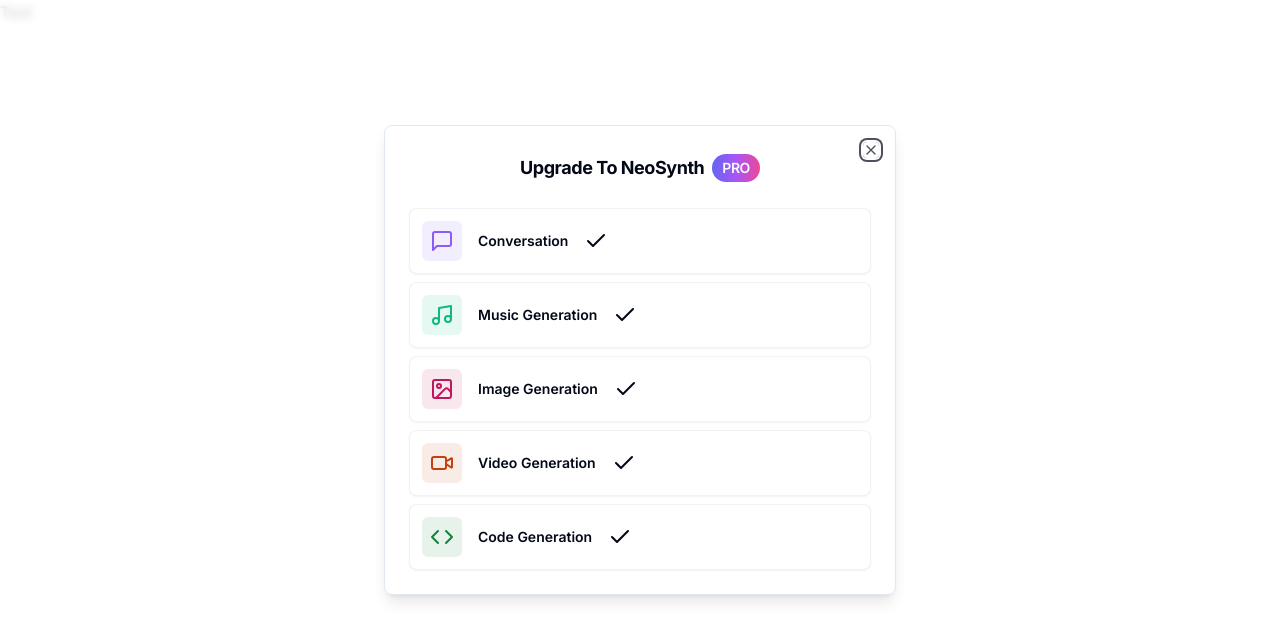
Repository: tathagat22/NeoSynth
Page: /test
An editor plug-in stored every save of this project. The page is shown before and after the next save, followed by the edit.
The browser window is 1280 px wide. The pictures show the whole page.
The project was rebuilt for these pictures with package versions that can differ from the ones it lists, and the page was loaded fresh each time. Some packages were replaced by stand-ins written for this rebuild. The framework's server and built-in components were replaced by stand-ins that run in the browser. Also part of the build but not shown: next.config.js.

Above is the page before, as saved 2023-09-03 19:30:28.

### app/layout.tsx
import "./globals.css";
import type { Metadata } from "next";
import { Inter } from "next/font/google";
import { ClerkProvider } from "@clerk/nextjs";
import { ModalProvider } from "@/components/model-provider";

const inter = Inter({ subsets: ["latin"] });

export const metadata: Metadata = {
  title: "NeoSynth",
  description: "Neo is thinking for you behind the matrix",
};

export default function RootLayout({
  children,
}: {
  children: React.ReactNode;
}) {
  return (
    <ClerkProvider>
      <html lang="en">
        <body className={inter.className}>
          <ModalProvider />
          {children}
        </body>
      </html>
    </ClerkProvider>
  );
}

### app/test/page.tsx
const TestPage = () => {
    return (
        <div>Test</div>
     );
}

export default TestPage;

### app/globals.css
@tailwind base;
@tailwind components;
@tailwind utilities;

html, body, :root {
  height: 100%;
}
@layer base {
  :root {
    --background: 0 0% 100%;
    --foreground: 222.2 84% 4.9%;

    --card: 0 0% 100%;
    --card-foreground: 222.2 84% 4.9%;

    --popover: 0 0% 100%;
    --popover-foreground: 222.2 84% 4.9%;

    --primary: 248 90% 66%;
    --primary-foreground: 210 40% 98%;

    --secondary: 210 40% 96.1%;
    --secondary-foreground: 222.2 47.4% 11.2%;

    --muted: 210 40% 96.1%;
    --muted-foreground: 215.4 16.3% 46.9%;

    --accent: 210 40% 96.1%;
    --accent-foreground: 222.2 47.4% 11.2%;

    --destructive: 0 84.2% 60.2%;
    --destructive-foreground: 210 40% 98%;

    --border: 214.3 31.8% 91.4%;
    --input: 214.3 31.8% 91.4%;
    --ring: 222.2 84% 4.9%;

    --radius: 0.5rem;
  }

  .dark {
    --background: 222.2 84% 4.9%;
    --foreground: 210 40% 98%;

    --card: 222.2 84% 4.9%;
    --card-foreground: 210 40% 98%;

    --popover: 222.2 84% 4.9%;
    --popover-foreground: 210 40% 98%;

    --primary: 210 40% 98%;
    --primary-foreground: 222.2 47.4% 11.2%;

    --secondary: 217.2 32.6% 17.5%;
    --secondary-foreground: 210 40% 98%;

    --muted: 217.2 32.6% 17.5%;
    --muted-foreground: 215 20.2% 65.1%;

    --accent: 217.2 32.6% 17.5%;
    --accent-foreground: 210 40% 98%;

    --destructive: 0 62.8% 30.6%;
    --destructive-foreground: 210 40% 98%;

    --border: 217.2 32.6% 17.5%;
    --input: 217.2 32.6% 17.5%;
    --ring: 212.7 26.8% 83.9%;
  }
}

@layer base {
  * {
    @apply border-border;
  }
  body {
    @apply bg-background text-foreground;
  }
}

### components/model-provider.tsx
"use client";

import { useEffect, useState } from "react";
import { ProModal } from "./pro-modal";

export const ModalProvider = () => {
    const [isMounted, setIsMounted] = useState(false);
    useEffect(() => {
        setIsMounted(true);
    }, []);

    if(!isMounted) {
        return null;
    }

    return (
        <>
        <ProModal />
        </>
    );
}

### components/pro-modal.tsx
"use client";

import { useProModal } from "@/hooks/use-pro-modal";
import {
  Dialog,
  DialogContent,
  DialogDescription,
  DialogHeader,
  DialogTitle,
} from "./ui/dialog";
import { Badge } from "./ui/badge";
import { Check, Code, Image, MessageSquare, Music, VideoIcon } from "lucide-react";
import { Card } from "./ui/card";
import { cn } from "@/lib/utils";

export const ProModal = () => {
  const proModal = useProModal();
  const tools = [
    {
      label: "Conversation",
      icon: MessageSquare,
      color: "text-violet-500",
      bgColor: "bg-violet-500/10",
    },
    {
      label: "Music Generation",
      icon: Music,
      color: "text-emerald-500",
      bgColor: "bg-emerald-500/10",
    },
    {
      label: "Image Generation",
      icon: Image,
      color: "text-pink-700",
      bgColor: "bg-pink-700/10",
    },
    {
      label: "Video Generation",
      icon: VideoIcon,
      color: "text-orange-700",
      bgColor: "bg-orange-700/10",
    },
    {
      label: "Code Generation",
      icon: Code,
      color: "text-green-700",
      bgColor: "bg-green-700/10",
    },
  ];
  return (
    <Dialog open={proModal.isOPen} onOpenChange={proModal.onClose}>
      <DialogContent>
        <DialogHeader>
          <DialogTitle className="flex justify center items-center flex-col gap-y-4 pb-2">
            <div className="flex items-center gap-x-2 font-bold py-1">
              Upgrade To NeoSynth
              <Badge className="uppercase text-sm py-1" variant="premium">
                pro
              </Badge>
            </div>
          </DialogTitle>
          <DialogDescription className="text-center pt-2 space-y-2 text-zinc-900 font-medium">
            {tools.map((tool) => (
              <Card
                key={tool.label}
                className="p-3 border-black/5 flex items-center justify-between"
              >
                <div className="flex items-center gap-x-4">
                  <div className={cn("p-2 w-fit rounded-md", tool.bgColor)}>
                    <tool.icon className={cn("w-6 h-6", tool.color)} />
                  </div>
                  <div className="font-semibold text-sm">{tool.label}</div>
                  <Check />
                </div>
              </Card>
            ))}
          </DialogDescription>
        </DialogHeader>
      </DialogContent>
    </Dialog>
  );
};

### hooks/use-pro-modal.tsx
import {create} from "zustand";

interface useProModalStore {
    isOPen: boolean;
    onOpen: () => void;
    onClose: () => void;
};

export const useProModal = create<useProModalStore>((set) => ({
    isOPen: true,
    onOpen: () => set({isOPen: true}),
    onClose: () => set({isOPen: false}),
}));

### components/ui/dialog.tsx
"use client"

import * as React from "react"
import * as DialogPrimitive from "@radix-ui/react-dialog"
import { X } from "lucide-react"

import { cn } from "@/lib/utils"

const Dialog = DialogPrimitive.Root

const DialogTrigger = DialogPrimitive.Trigger

const DialogPortal = ({
  className,
  ...props
}: DialogPrimitive.DialogPortalProps) => (
  <DialogPrimitive.Portal className={cn(className)} {...props} />
)
DialogPortal.displayName = DialogPrimitive.Portal.displayName

const DialogOverlay = React.forwardRef<
  React.ElementRef<typeof DialogPrimitive.Overlay>,
  React.ComponentPropsWithoutRef<typeof DialogPrimitive.Overlay>
>(({ className, ...props }, ref) => (
  <DialogPrimitive.Overlay
    ref={ref}
    className={cn(
      "fixed inset-0 z-50 bg-background/80 backdrop-blur-sm data-[state=open]:animate-in data-[state=closed]:animate-out data-[state=closed]:fade-out-0 data-[state=open]:fade-in-0",
      className
    )}
    {...props}
  />
))
DialogOverlay.displayName = DialogPrimitive.Overlay.displayName

const DialogContent = React.forwardRef<
  React.ElementRef<typeof DialogPrimitive.Content>,
  React.ComponentPropsWithoutRef<typeof DialogPrimitive.Content>
>(({ className, children, ...props }, ref) => (
  <DialogPortal>
    <DialogOverlay />
    <DialogPrimitive.Content
      ref={ref}
      className={cn(
        "fixed left-[50%] top-[50%] z-50 grid w-full max-w-lg translate-x-[-50%] translate-y-[-50%] gap-4 border bg-background p-6 shadow-lg duration-200 data-[state=open]:animate-in data-[state=closed]:animate-out data-[state=closed]:fade-out-0 data-[state=open]:fade-in-0 data-[state=closed]:zoom-out-95 data-[state=open]:zoom-in-95 data-[state=closed]:slide-out-to-left-1/2 data-[state=closed]:slide-out-to-top-[48%] data-[state=open]:slide-in-from-left-1/2 data-[state=open]:slide-in-from-top-[48%] sm:rounded-lg md:w-full",
        className
      )}
      {...props}
    >
      {children}
      <DialogPrimitive.Close className="absolute right-4 top-4 rounded-sm opacity-70 ring-offset-background transition-opacity hover:opacity-100 focus:outline-none focus:ring-2 focus:ring-ring focus:ring-offset-2 disabled:pointer-events-none data-[state=open]:bg-accent data-[state=open]:text-muted-foreground">
        <X className="h-4 w-4" />
        <span className="sr-only">Close</span>
      </DialogPrimitive.Close>
    </DialogPrimitive.Content>
  </DialogPortal>
))
DialogContent.displayName = DialogPrimitive.Content.displayName

const DialogHeader = ({
  className,
  ...props
}: React.HTMLAttributes<HTMLDivElement>) => (
  <div
    className={cn(
      "flex flex-col space-y-1.5 text-center sm:text-left",
      className
    )}
    {...props}
  />
)
DialogHeader.displayName = "DialogHeader"

const DialogFooter = ({
  className,
  ...props
}: React.HTMLAttributes<HTMLDivElement>) => (
  <div
    className={cn(
      "flex flex-col-reverse sm:flex-row sm:justify-end sm:space-x-2",
      className
    )}
    {...props}
  />
)
DialogFooter.displayName = "DialogFooter"

const DialogTitle = React.forwardRef<
  React.ElementRef<typeof DialogPrimitive.Title>,
  React.ComponentPropsWithoutRef<typeof DialogPrimitive.Title>
>(({ className, ...props }, ref) => (
  <DialogPrimitive.Title
    ref={ref}
    className={cn(
      "text-lg font-semibold leading-none tracking-tight",
      className
    )}
    {...props}
  />
))
DialogTitle.displayName = DialogPrimitive.Title.displayName

const DialogDescription = React.forwardRef<
  React.ElementRef<typeof DialogPrimitive.Description>,
  React.ComponentPropsWithoutRef<typeof DialogPrimitive.Description>
>(({ className, ...props }, ref) => (
  <DialogPrimitive.Description
    ref={ref}
    className={cn("text-sm text-muted-foreground", className)}
    {...props}
  />
))
DialogDescription.displayName = DialogPrimitive.Description.displayName

export {
  Dialog,
  DialogTrigger,
  DialogContent,
  DialogHeader,
  DialogFooter,
  DialogTitle,
  DialogDescription,
}

### components/ui/badge.tsx
import * as React from "react"
import { cva, type VariantProps } from "class-variance-authority"

import { cn } from "@/lib/utils"

const badgeVariants = cva(
  "inline-flex items-center rounded-full border px-2.5 py-0.5 text-xs font-semibold transition-colors focus:outline-none focus:ring-2 focus:ring-ring focus:ring-offset-2",
  {
    variants: {
      variant: {
        default:
          "border-transparent bg-primary text-primary-foreground hover:bg-primary/80",
        secondary:
          "border-transparent bg-secondary text-secondary-foreground hover:bg-secondary/80",
        destructive:
          "border-transparent bg-destructive text-destructive-foreground hover:bg-destructive/80",
        outline: "text-foreground",
        premium: "bg-gradient-to-r from-indigo-500 via-purple-500 to-pink-500 text-primary-foreground border-0",
      },
    },
    defaultVariants: {
      variant: "default",
    },
  }
)

export interface BadgeProps
  extends React.HTMLAttributes<HTMLDivElement>,
    VariantProps<typeof badgeVariants> {}

function Badge({ className, variant, ...props }: BadgeProps) {
  return (
    <div className={cn(badgeVariants({ variant }), className)} {...props} />
  )
}

export { Badge, badgeVariants }

### components/ui/card.tsx
import * as React from "react"

import { cn } from "@/lib/utils"

const Card = React.forwardRef<
  HTMLDivElement,
  React.HTMLAttributes<HTMLDivElement>
>(({ className, ...props }, ref) => (
  <div
    ref={ref}
    className={cn(
      "rounded-lg border bg-card text-card-foreground shadow-sm",
      className
    )}
    {...props}
  />
))
Card.displayName = "Card"

const CardHeader = React.forwardRef<
  HTMLDivElement,
  React.HTMLAttributes<HTMLDivElement>
>(({ className, ...props }, ref) => (
  <div
    ref={ref}
    className={cn("flex flex-col space-y-1.5 p-6", className)}
    {...props}
  />
))
CardHeader.displayName = "CardHeader"

const CardTitle = React.forwardRef<
  HTMLParagraphElement,
  React.HTMLAttributes<HTMLHeadingElement>
>(({ className, ...props }, ref) => (
  <h3
    ref={ref}
    className={cn(
      "text-2xl font-semibold leading-none tracking-tight",
      className
    )}
    {...props}
  />
))
CardTitle.displayName = "CardTitle"

const CardDescription = React.forwardRef<
  HTMLParagraphElement,
  React.HTMLAttributes<HTMLParagraphElement>
>(({ className, ...props }, ref) => (
  <p
    ref={ref}
    className={cn("text-sm text-muted-foreground", className)}
    {...props}
  />
))
CardDescription.displayName = "CardDescription"

const CardContent = React.forwardRef<
  HTMLDivElement,
  React.HTMLAttributes<HTMLDivElement>
>(({ className, ...props }, ref) => (
  <div ref={ref} className={cn("p-6 pt-0", className)} {...props} />
))
CardContent.displayName = "CardContent"

const CardFooter = React.forwardRef<
  HTMLDivElement,
  React.HTMLAttributes<HTMLDivElement>
>(({ className, ...props }, ref) => (
  <div
    ref={ref}
    className={cn("flex items-center p-6 pt-0", className)}
    {...props}
  />
))
CardFooter.displayName = "CardFooter"

export { Card, CardHeader, CardFooter, CardTitle, CardDescription, CardContent }

Loaded but not shown: lib/utils.ts (common file); tailwind.config.js (common file)

After the next save:
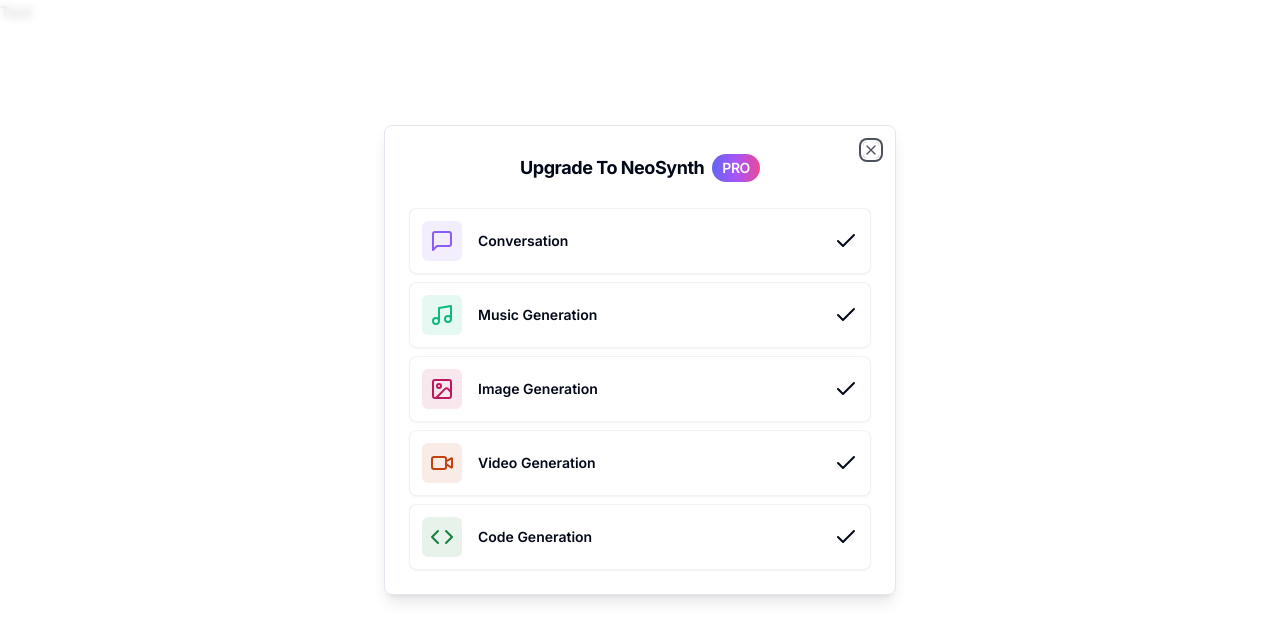
Saved 8 s later.
--- a/components/pro-modal.tsx
+++ b/components/pro-modal.tsx
@@ -9,7 +9,14 @@
   DialogTitle,
 } from "./ui/dialog";
 import { Badge } from "./ui/badge";
-import { Check, Code, Image, MessageSquare, Music, VideoIcon } from "lucide-react";
+import {
+  Check,
+  Code,
+  Image,
+  MessageSquare,
+  Music,
+  VideoIcon,
+} from "lucide-react";
 import { Card } from "./ui/card";
 import { cn } from "@/lib/utils";
 
@@ -70,8 +77,8 @@
                     <tool.icon className={cn("w-6 h-6", tool.color)} />
                   </div>
                   <div className="font-semibold text-sm">{tool.label}</div>
-                  <Check />
                 </div>
+                <Check />
               </Card>
             ))}
           </DialogDescription>
